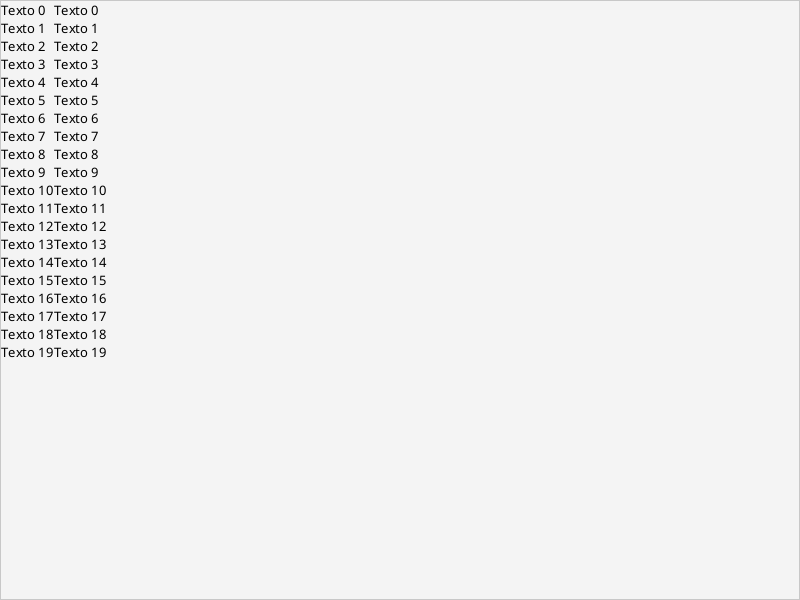
Repository: anxoportela/PROG
Program's window: java Java_Interfaz/ProyectoJavaFX/src/com/acarballeira/javaFX/ejemplo5/App.java
An editor plug-in stored every save of this project. The program's window is shown before and after the next save, followed by the edit.
It runs on Java 21 on a 1366 x 768 screen with JavaFX 11; the title bar is not drawn.

Above is the program's window before, as saved 2020-03-04 20:23:06.

### Java_Interfaz/ProyectoJavaFX/src/com/acarballeira/javaFX/ejemplo5/App.java
package com.acarballeira.javaFX.ejemplo5;

import javafx.application.Application;
import javafx.geometry.Pos;
import javafx.scene.Scene;
import javafx.scene.control.Label;
import javafx.scene.control.ScrollPane;
import javafx.scene.layout.HBox;
import javafx.scene.layout.VBox;
import javafx.scene.text.Text;
import javafx.stage.Stage;

public class App extends Application {
	 @Override
	 public void start(Stage primaryStage) {

	 primaryStage.setTitle("Ola Mundo!!!");
	 //primaryStage.setWidth(600);
	 //primaryStage.setHeight(200);
	 //primaryStage.setResizable(false);

	 //Label etiqueta = new Label("Ola Mundo!");
	 //etiqueta.setAlignment(Pos.CENTER);

	 HBox hbox = new HBox();
	 VBox vbox1 = new VBox();

	 for (int i = 0; i < 20; i++) {
		vbox1.getChildren().add(new Text("Texto " + i));
	}

	 VBox vbox2 = new VBox();
	 for (int i = 0; i < 20; i++) {
		 vbox2.getChildren().add(new Text("Texto " + i));
	}

	 hbox.getChildren().addAll(vbox1, vbox2);

	 ScrollPane sp = new ScrollPane(hbox);

	 Scene primaryScene = new Scene(sp, 800, 600);
	 primaryStage.setScene(primaryScene);
	 primaryStage.show();

	 }
	 public static void main(String[] args) {
	 Application.launch();
	 }
	}

After the next save:
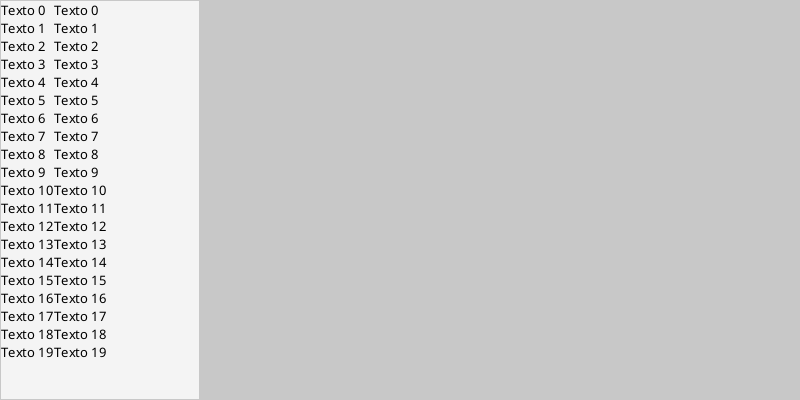
Saved 47 s later.
--- a/Java_Interfaz/ProyectoJavaFX/src/com/acarballeira/javaFX/ejemplo5/App.java
+++ b/Java_Interfaz/ProyectoJavaFX/src/com/acarballeira/javaFX/ejemplo5/App.java
@@ -38,7 +38,7 @@
 
 	 ScrollPane sp = new ScrollPane(hbox);
 
-	 Scene primaryScene = new Scene(sp, 800, 600);
+	 Scene primaryScene = new Scene(sp, 200, 400);
 	 primaryStage.setScene(primaryScene);
 	 primaryStage.show();
 
